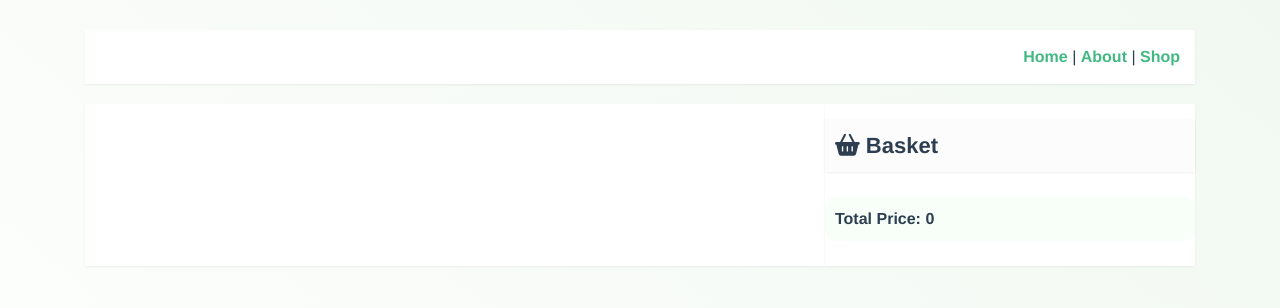
Repository: ramcd86/vuetest
Page: /#/shop
The author's editor kept a copy of each file at every save. The page is drawn from the files as they stood at one save, then again after the next save.
The browser window is 1280 px wide. The pictures show the whole page.
Some web libraries are served in a nearby version. The project was rebuilt for these pictures with package versions that can differ from the ones it lists, and the page was loaded fresh each time. Requests to the local data server were answered from the project's data file. Also part of the build but not shown: src/components/HelloWorld.vue, src/views/Home.vue.

Above is the page before, as saved 2019-07-09 11:48:27.

After the next save:
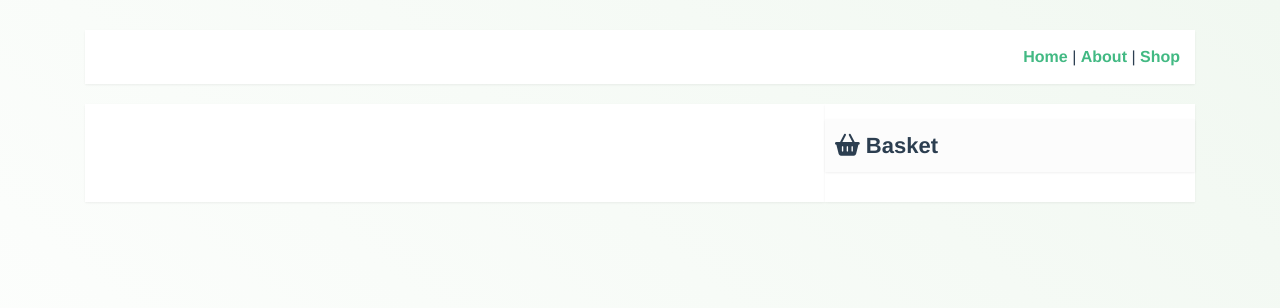
Saved 79 s later.
--- a/src/components/CheckoutStageOne.vue
+++ b/src/components/CheckoutStageOne.vue
@@ -29,12 +29,16 @@
             @click="incrementQuantity(index)"
           ></i>
         </div>
-        <div class="col-12 text-right">
-          <button class="btn btn-outline-warning btn-sm" @click="prune(index)">Remove</button>
-        </div>
+
+          <div class="col-12 text-right">
+            <button class="btn btn-outline-warning btn-sm" @click="prune(index)">Remove</button>
+          </div>
+
       </div>
     </div>
-    <div class="col-12 selected-product">Total Price: {{totalPrice}}</div>
+    <div class="row" v-if="totalPrice > 0">
+      <div class="col-12 selected-product">Total Price: {{totalPrice}}</div>
+    </div>
   </div>
 </template>
 
